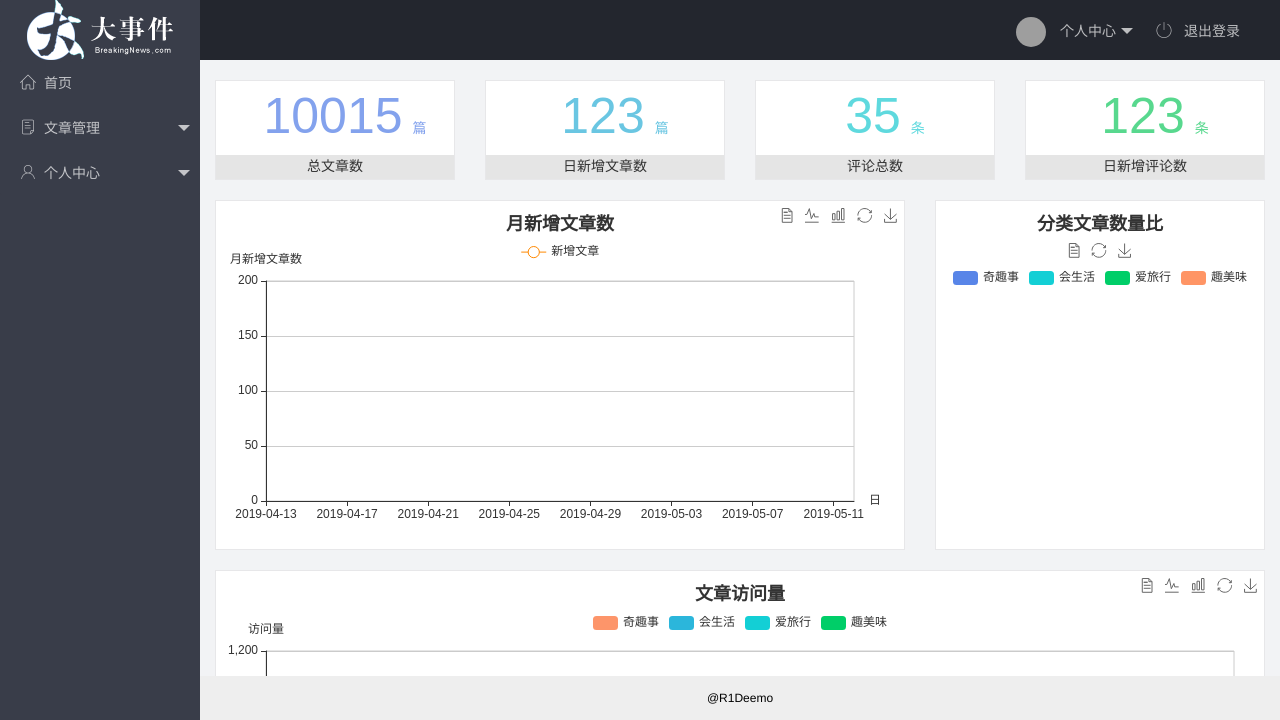
Repository: R1Deemo/Main-project
Page: index.html
These files come from the project's save history. The page is drawn as it stood at one moment and after the next save; the edit follows.
The browser window is 1280 px wide. The pictures show the whole page.
Pictures or frames that could not be fetched are drawn as grey boxes.

Above is the page before, as saved 2022-10-30 18:13:27.

After the next save:
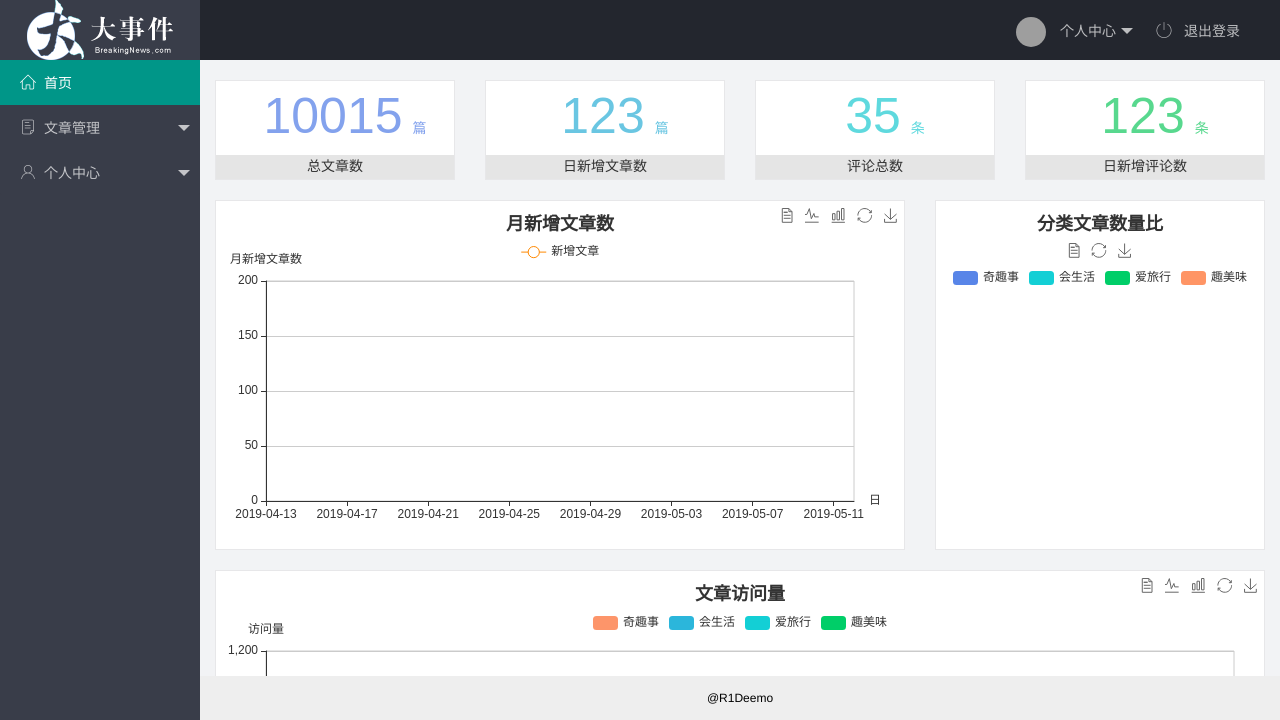
Saved 46 s later.
--- a/index.html
+++ b/index.html
@@ -54,7 +54,7 @@
             <div class="layui-side-scroll">
                 <!-- 左侧导航区域（可配合layui已有的垂直导航） -->
                 <ul class="layui-nav layui-nav-tree" lay-shrink="all">
-                    <li class="layui-nav-item layui-nav-item"> <a href="/home/dashboard.html" target="fm"><span class="iconfont icon-home"></span>首页</a></li>
+                    <li class="layui-nav-item layui-this"> <a href="/home/dashboard.html" target="fm"><span class="iconfont icon-home"></span>首页</a></li>
                     <li class="layui-nav-item">
                         <a class="" href="javascript:;" target="fm"> <span class="iconfont icon-16"></span>文章管理</a>
                         <dl class="layui-nav-child">
